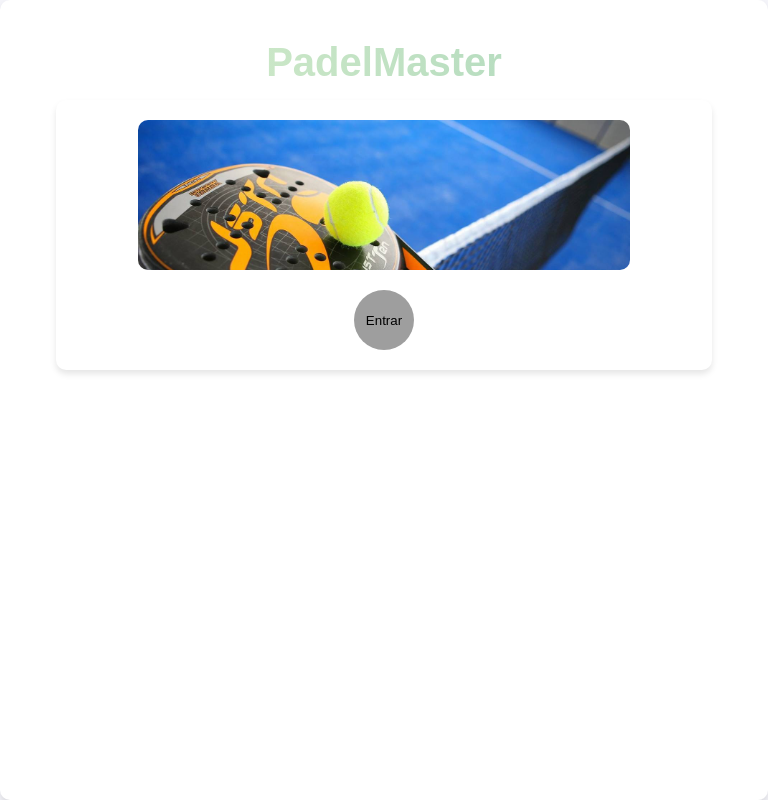
Repository: MarcioMiguel22/PadelMaster
Page: /
An editor plug-in stored every save of this project. The page is shown before and after the next save, followed by the edit.
The browser window is 768 px wide. The pictures show the whole page.
Pictures or frames that could not be fetched are drawn as grey boxes. The project was rebuilt for these pictures with package versions that can differ from the ones it lists, and the page was loaded fresh each time. Also part of the build but not shown: vite.config.ts, src/components/components_calculadora/JogadorItem.tsx, src/components/components_calculadora/JogadoresLista.tsx, src/components/components_calculadora/TrocarJogadoresButton.module.css, src/components/components_calculadora/TrocarJogadoresButton.tsx, src/components/components_calculadora/Campo.tsx, src/components/components_calculadora/Jogo.tsx, src/components/components_calculadora/Ranking.module.css and 19 more.

Above is the page before, as saved 2024-06-21 11:07:44.

### src/main.tsx
///home/marciomiguel/code/MarcioMiguel22/Sites/PadelMaster/src/main.tsx
import { render } from 'react-dom';
import { StrictMode } from 'react';
import App from './App';
import './index.css';

const root = document.getElementById('root')!;
render(
  <StrictMode>
    <App />
  </StrictMode>,
  root
);

### src/App.tsx

///home/marciomiguel/code/MarcioMiguel22/Sites/PadelMaster/src/App.tsx

import { BrowserRouter, Routes, Route } from 'react-router-dom';
import Home from './pages/Home/Home';
import Calculadora from './pages/Calculadora/Calculadora';
import PlayerComponent from './pages/Player/playerComponent';
function App() {
  return (
    <BrowserRouter>
      <Routes>
        <Route path="/" element={<Home />} />
        <Route path="/calculadora" element={<Calculadora />} /> // Wrap Calculadora component with curly braces
        <Route path="/player-component" element={<PlayerComponent />} />
      </Routes>
    </BrowserRouter>
  );
}

export default App

### src/pages/Home/Home.tsx
import React from 'react';
import { useNavigate } from 'react-router-dom';
import styles from './Home.module.css';
import padelImage from '../../assets/images/inicio.jpg';

const PadelPage: React.FC = () => {
  const navigate = useNavigate();

  return (
    <div className={styles.padelContainer}>
      <div className={styles.centeredContent}>
        <h1 className={styles.titulo}>PadelMaster</h1>
        <div className={styles.content}>
          <img src={padelImage} alt="Imagem de Padel" className={styles.padelImage} />
          <div className={styles.buttonContainer}>
            <button className={styles.enterButton} onClick={() => navigate('/calculadora')}>Entrar</button>
          </div>
        </div>
      </div>
    </div>
  );
};

export default PadelPage;

### src/pages/Home/Home.module.css
/* Reset some basic elements to ensure cross-browser consistency */
* {
  margin: 0;
  padding: 0;
  box-sizing: border-box;
  font-family: 'Arial', sans-serif;
}

body {
  background-color: #f4f4f9;
  color: #333;
}

.padelContainer {
  display: flex;
  flex-direction: column;
  align-items: center;
  justify-content: center;
  text-align: center;
  height: 100vh;
  overflow: hidden;
  background-color: #fff;
  padding: 20px;
  border-radius: 10px;
  box-shadow: 0 4px 6px rgba(0, 0, 0, 0.1);
}

.centeredContent {
  max-width: 90%;
  width: 100%;
}

.titulo {
  font-size: 3rem;
  color: #2c3e50;
  margin-bottom: 20px;
  background: linear-gradient(to right, #daefcd, #a8d5ba);
  background-clip: text; /* Add the standard property */
  -webkit-background-clip: text;
  -webkit-text-fill-color: transparent;
}

.content {
  display: flex;
  flex-direction: column;
  align-items: center;
  background-color: #fff;
  padding: 20px;
  border-radius: 10px;
  box-shadow: 0 4px 6px rgba(0, 0, 0, 0.1);
}

.padelImage {
  max-width: 100%;
  height: auto;
  border-radius: 10px;
  margin-bottom: 20px;
  width: 100%; /* Ensure the image stretches to the full width */
  height: 150px; /* Fixed height for a ribbon-like appearance */
  object-fit: cover; /* Ensure the image covers the area without distortion */
}

/* Limiting the image size for larger screens */
@media (min-width: 768px) {
  .padelImage {
    max-width: 50%;
    height: 200px; /* Adjust height for larger screens */
  }
}

.buttonContainer {
  display: flex;
  justify-content: center;
}

.enterButton {
  background-image: url('../../assets/images/tennis-ball.png');
  background-size: cover;
  width: 60px;
  height: 60px;
  border: none;
  border-radius: 50%;
  cursor: pointer;
  transition: transform 0.3s ease;
}

.enterButton:hover {
  transform: scale(1.2);
}

/* Adjusting layout for mobile devices */
@media (max-width: 768px) {
  .padelContainer {
    justify-content: flex-start;
    padding-top: 20px;
  }

  .centeredContent {
    margin-top: 20px;
  }

  .titulo {
    font-size: 2.5rem;
    margin-bottom: 15px;
  }

  .padelImage {
    max-width: 80%;
    height: 150px; /* Adjust height for mobile devices */
  }
}

### src/pages/Calculadora/Calculadora.css

:root {
  --main-bg-color: #4CAF50;
  --main-hover-color: #45a049;
  --input-padding: 5px;
  --font-size: 16px;
  --box-shadow: 0 0 15px rgba(0, 0, 0, 0.1);
}

body {
  cursor: default; /* Definindo o cursor padrão para o corpo */
}

.calculadora-container {
  display: flex;
  flex-direction: column;
  align-items: center;
  gap: 20px;
  overflow-x: hidden;
  width: 100%;
  max-width: 100vw;
}

.main-content {
  display: flex;
  flex-direction: column;
  align-items: center;
  gap: 20px;
  width: 100%;
  max-width: 100vw;
}

.jogadores-lista {
  background: linear-gradient(to right, #daefcd, #a8d5ba);
  display: flex;
  flex-direction: row;
  justify-content: center;
  flex-wrap: wrap;
  gap: 20px;
  width: 90%;
  max-width: 1100px;
  margin: 0 auto;
  padding: 50px;
  border-radius: 10px;
  box-shadow: var(--box-shadow);
  overflow-x: hidden; /* Adicionado para evitar overflow horizontal */
  cursor: default; /* Garantir que o cursor seja padrão para a lista de jogadores */
}

.fields-container {
  display: flex;
  flex-direction: column;
  align-items: center;
  margin-top: 20px;
  width: 100%;
  max-width: 100vw;
  cursor: default; /* Garantir que o cursor seja padrão para os campos */
}

.campos {
  display: flex;
  flex-wrap: wrap;
  justify-content: space-around;
  width: 100%;
  overflow-x: hidden;
  gap: 20px; /* Added gap between fields */
  cursor: default; /* Garantir que o cursor seja padrão para os campos */
}

.jogadores-coluna {
  display: flex;
  flex-direction: column;
  align-items: center;
  gap: 10px;
  cursor: default; /* Garantir que o cursor seja padrão para as colunas de jogadores */
}

.jogador-item {
  display: flex;
  align-items: center;
  margin-bottom: 10px;
  cursor: default; /* Garantir que o cursor seja padrão para os itens de jogadores */
}

.jogador-item label {
  margin-right: 10px;
  cursor: default; /* Garantir que o cursor seja padrão para os rótulos */
}

.jogador-input {
  margin-right: 5px;
  padding: var(--input-padding);
  font-size: var(--font-size);
  border: 1px solid #ccc;
  border-radius: 5px;
  cursor: text; /* Garantir que o cursor seja de texto para inputs */
  width: auto; /* Ajusta a largura do input ao conteúdo */
  min-width: 10px; /* Define uma largura mínima para o input */
  max-width: 100%; /* Impede que o input exceda a largura do contêiner */
}

.distribute-button, .scroll-to-top {
  background-color: var(--main-bg-color);
  color: white;
  padding: 10px 20px;
  border: none;
  border-radius: 5px;
  cursor: pointer;
  font-size: var(--font-size);
  margin-top: 10px;
}

.distribute-button:hover, .scroll-to-top:hover {
  background-color: var(--main-hover-color);
}

.jogo {
  margin-bottom: 40px;
}

.field {
  background: linear-gradient(to right, #c3e8ad, #a8d5ba);
  padding: 40px;
  border-radius: 10px;
  box-shadow: var(--box-shadow);
  width: 30%;
  min-width: 280px;
  margin: 10px; /* Added margin for extra spacing */
  cursor: default; /* Garantir que o cursor seja padrão para os campos */
}

.field h2 {
  margin-top: 0;
  cursor: default; /* Garantir que o cursor seja padrão para títulos */
}

.team {
  list-style-type: none;
  padding: 10px;
  background-color: #fff;
  margin: 5px 0;
  border-radius: 5px;
  box-shadow: var(--box-shadow);
  width: 100%;
  cursor: default; /* Garantir que o cursor seja padrão para listas de times */
}

.team.vencedor {
  background-color: #d4edda;
}

.team.perdedor {
  background-color: #f8d7da;
}

.team div {
  display: flex;
  align-items: center;
  justify-content: space-between;
  width: 100%;
  flex-wrap: wrap;
}

.team input.jogador-input {
  min-width: 100px;
  margin-right: 10px;
  cursor: text; /* Garantir que o cursor seja de texto para inputs */
}

.team input.resultado-input {
  margin-left: 10px;
  padding: var(--input-padding);
  font-size: var(--font-size);
  cursor: text; /* Garantir que o cursor seja de texto para inputs */
}

.ranking-container {
  margin-top: 40px;
  text-align: center; /* Centraliza o conteúdo dentro do contêiner */
}

.ranking-container h2 {
  margin-bottom: 10px;
  cursor: default; /* Garantir que o cursor seja padrão para títulos */
}

.ranking-container ul {
  list-style-type: none;
  padding: 0;
  cursor: default; /* Garantir que o cursor seja padrão para listas */
}

.ranking-container li {
  margin: 5px 0;
  cursor: default; /* Garantir que o cursor seja padrão para itens de lista */
}

.export-button-container {
  display: flex;
  justify-content: center;
  margin-top: 20px;
}

.export-button {
  background-color: #4CAF50; /* Verde */
  border: none;
  color: white;
  padding: 10px 20px; /* Reduzido o padding para tornar o botão menor */
  text-align: center;
  text-decoration: none;
  display: inline-block;
  font-size: 14px; /* Reduzido o tamanho da fonte */
  margin: 4px 2px;
  cursor: pointer;
  border-radius: 12px; /* Cantos arredondados */
  transition-duration: 0.4s;
}

.export-button:hover {
  background-color: white;
  color: black;
  border: 2px solid #4CAF50;
}

/* Media Queries for Mobile */
@media screen and (max-width: 767px) {
  .jogadores-lista {
    flex-direction: column;
    align-items: center;
    gap: 20px;
    padding: 10px;
  }

  .field {
    width: 80%;
    margin-bottom: 20px;
  }

  .campos {
    flex-direction: column;
    align-items: center;
    gap: 20px;
  }

  .distribute-button, .scroll-to-top {
    width: 100%;
    font-size: 14px;
    padding: 8px 16px;
  }

  .team div {
    flex-direction: column;
    align-items: flex-start;
    width: 100%;
  }

  .team input.resultado-input {
    margin-left: 0;
    margin-top: 5px;
  }

  .ranking-container {
    flex-flow: column;
    margin-top: 40px;
  }

  .ranking-container h2 {
    margin-bottom: 10px;
  }

  .ranking-container ul {
    list-style-type: none;
    padding: 0;
  }

  .ranking-container li {
    margin: 5px 0;
  }
}

Loaded but not shown: index.html (common file)

After the next save:
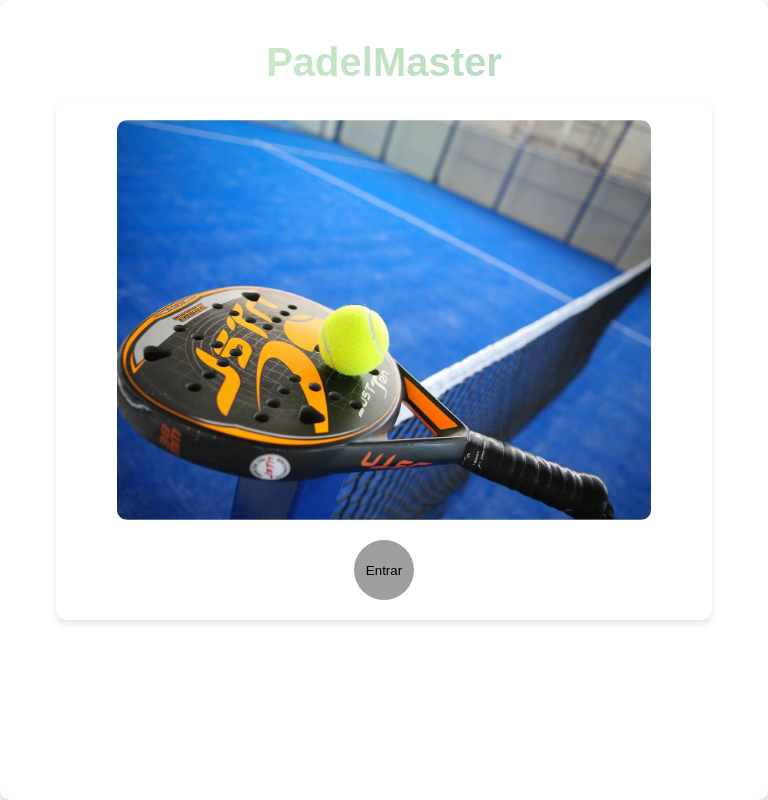
Saved 94 s later.
--- a/src/pages/Home/Home.module.css
+++ b/src/pages/Home/Home.module.css
@@ -51,20 +51,17 @@
 }
 
 .padelImage {
-  max-width: 100%;
-  height: auto;
+  width: auto;
+  height: 70vh; /* Set a height for a ribbon-like appearance */
   border-radius: 10px;
   margin-bottom: 20px;
-  width: 100%; /* Ensure the image stretches to the full width */
-  height: 150px; /* Fixed height for a ribbon-like appearance */
   object-fit: cover; /* Ensure the image covers the area without distortion */
 }
 
 /* Limiting the image size for larger screens */
 @media (min-width: 768px) {
   .padelImage {
-    max-width: 50%;
-    height: 200px; /* Adjust height for larger screens */
+    height: 60vh; /* Adjust height for larger screens */
   }
 }
 
@@ -105,7 +102,6 @@
   }
 
   .padelImage {
-    max-width: 80%;
-    height: 150px; /* Adjust height for mobile devices */
+    height: 50vh; /* Adjust height for mobile devices */
   }
 }

After the save that followed:
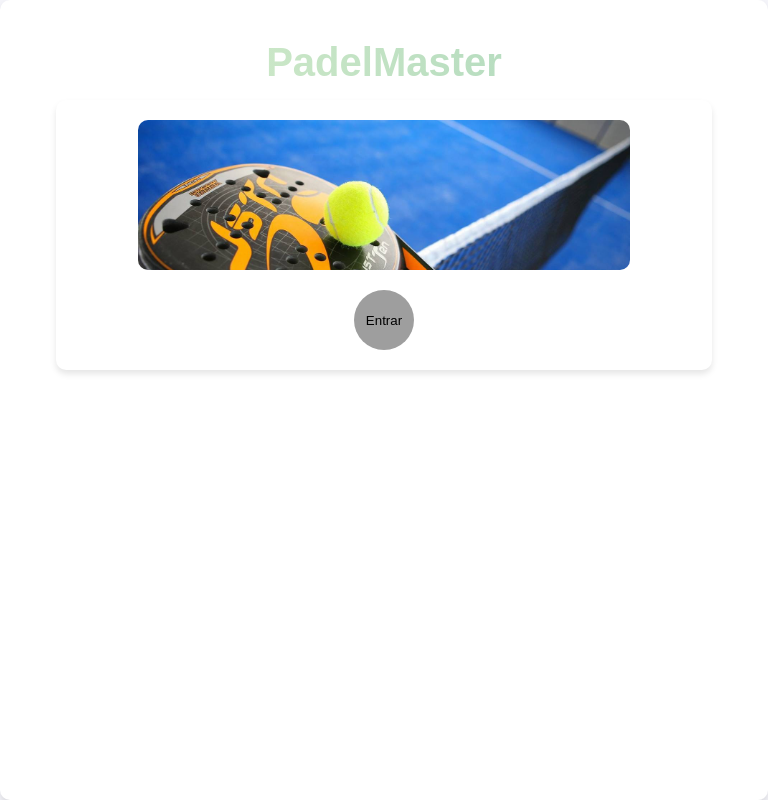
Saved 49 s later.
--- a/src/pages/Home/Home.module.css
+++ b/src/pages/Home/Home.module.css
@@ -51,17 +51,20 @@
 }
 
 .padelImage {
-  width: auto;
-  height: 70vh; /* Set a height for a ribbon-like appearance */
+  max-width: 100%;
+  height: auto;
   border-radius: 10px;
   margin-bottom: 20px;
+  width: 100%; /* Ensure the image stretches to the full width */
+  height: 150px; /* Fixed height for a ribbon-like appearance */
   object-fit: cover; /* Ensure the image covers the area without distortion */
 }
 
 /* Limiting the image size for larger screens */
 @media (min-width: 768px) {
   .padelImage {
-    height: 60vh; /* Adjust height for larger screens */
+    max-width: 50%;
+    height: 200px; /* Adjust height for larger screens */
   }
 }
 
@@ -102,6 +105,7 @@
   }
 
   .padelImage {
-    height: 50vh; /* Adjust height for mobile devices */
+    max-width: 80%;
+    height: 150px; /* Adjust height for mobile devices */
   }
 }
